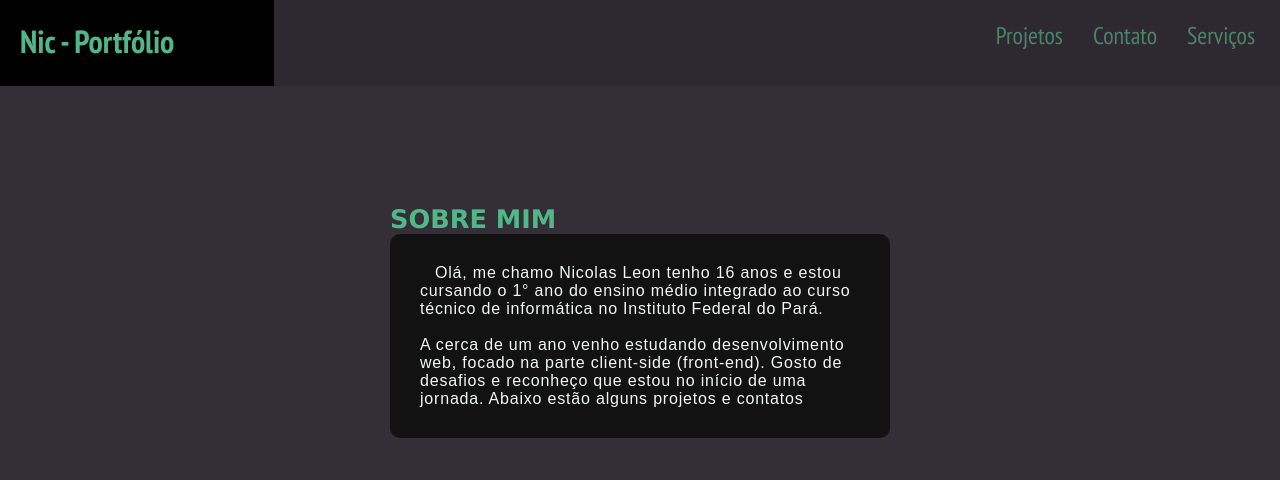
Repository: Leonngc/portfolio
Page: index.html
The author's editor kept a copy of each file at every save. The page is drawn from the files as they stood at one save, then again after a run of saves.
The browser window is 1280 px wide. The pictures show the whole page.

Above is the page before, as saved 2022-12-02 11:13:41.

After the next 2 saves:
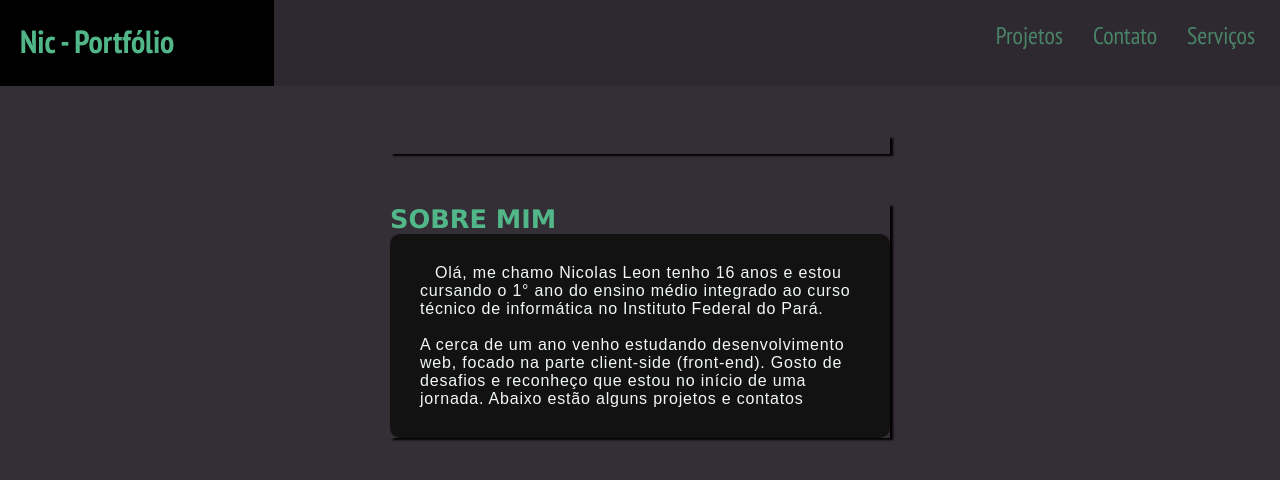
The 2 saves are shown as one change because they came seconds apart.
The last was saved 9 s later.
--- a/home.css
+++ b/home.css
@@ -65,7 +65,7 @@
     margin: 0px auto;
     margin-top: 50px;
     width: 500px;
-    box-shadow: ;
+    box-shadow: 3px 2px 2px black;
 }
 
 section > h2{
